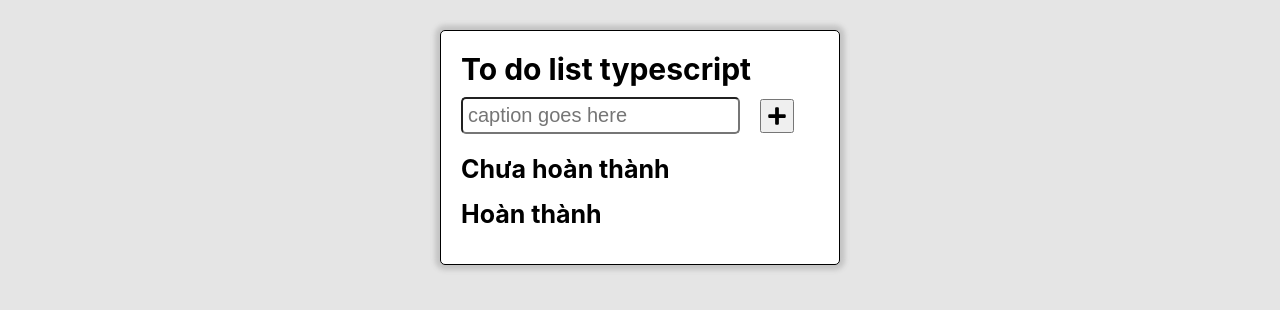
Repository: Nhatktvn/TodoListReactTs
Page: /
These files come from the project's save history. The page is drawn as it stood at one moment and after the next save; the edit follows.
The browser window is 1280 px wide. The pictures show the whole page.
The project was rebuilt for these pictures with package versions that can differ from the ones it lists, and the page was loaded fresh each time.

Above is the page before, as saved 2023-11-08 12:13:27.

After the next save:
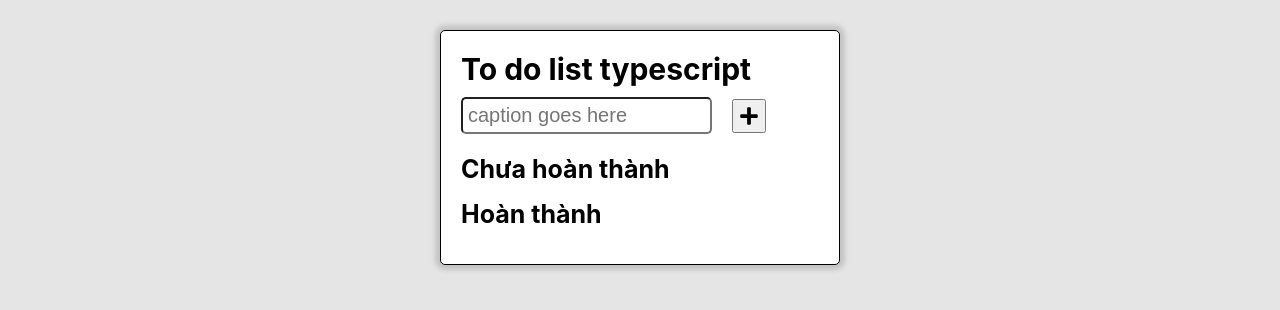
Saved 4 h 36 min later.
--- a/src/components/TaskInput/taskInput.module.scss
+++ b/src/components/TaskInput/taskInput.module.scss
@@ -10,6 +10,8 @@
   gap: 2rem;
   margin-bottom: 2rem;
   input {
+    flex: 0 0 70%;
+    max-width: 70%;
     padding: 5px;
     border-radius: 5px;
   }
